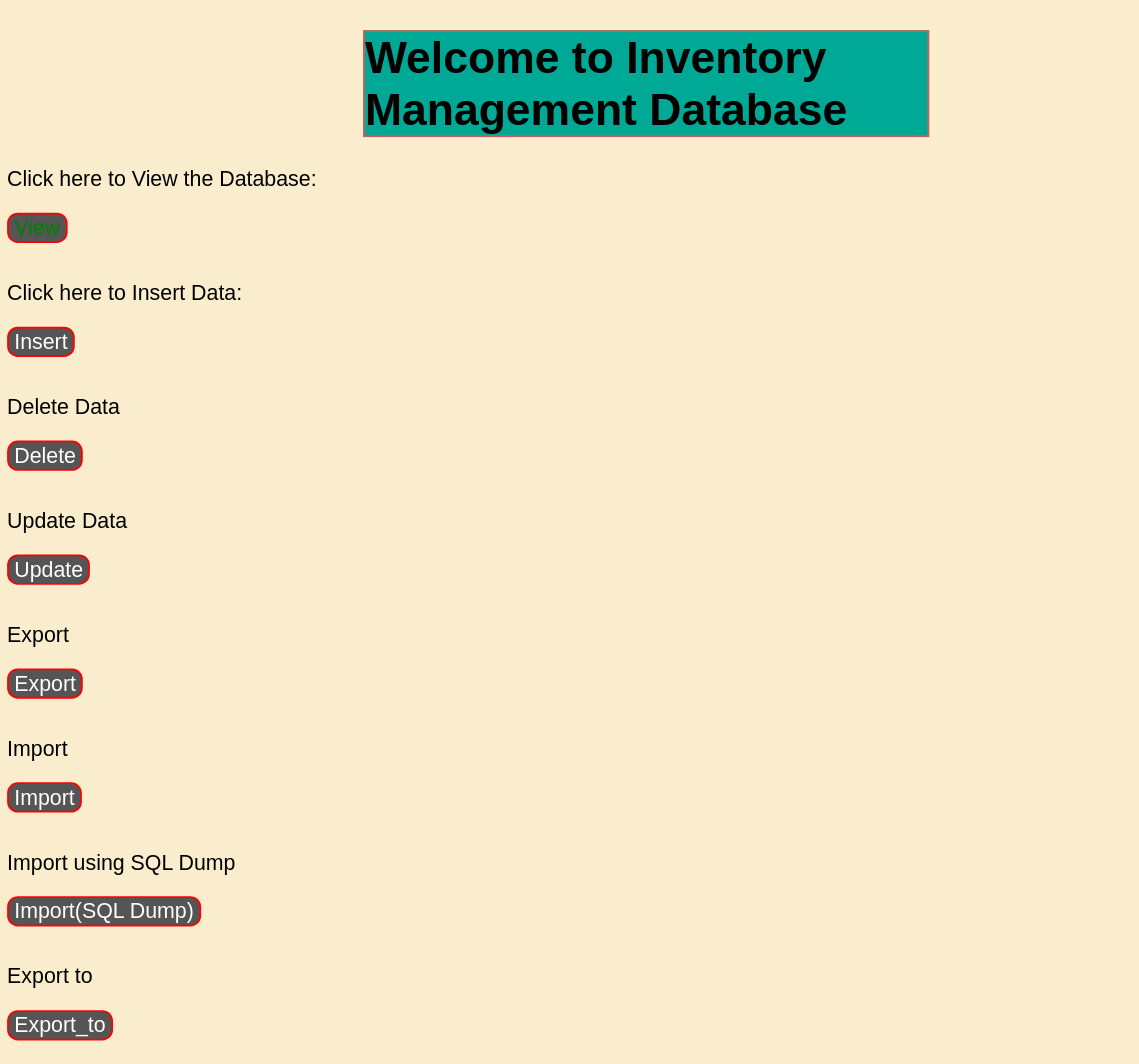
Repository: cyrusdwivedi2002/inventory-management-system
Page: DemoApp/src/main/webapp/Mainpage.html
The author's editor kept a copy of each file at every save. The page is drawn from the files as they stood at one save, then again after the next save.
The browser window is 1280 px wide. The pictures show the whole page, at 89% of full size.
The pointer rests on the first visible `button`.
Some web fonts or font styles are not loaded; a fallback is used.

Above is the page before, as saved 2022-06-24 18:40:31.

### DemoApp/src/main/webapp/Mainpage.html
<!DOCTYPE html>
<html>
<head>
<meta charset="ISO-8859-1">

<link rel="preconnect" href="https://fonts.googleapis.com">
<link rel="preconnect" href="https://fonts.gstatic.com" crossorigin>
<link href="https://fonts.googleapis.com/css2?family=Anek+Latin:wght@500&family=Smooch&display=swap" rel="stylesheet">

<style>
body {
background-color: #faedcd;
font-family: 'Anek Latin', sans-serif;
}
h1{
color: black;
background-color:#00a896;
width: 50%;
margin-left:8em;
border: 2px solid indianred;
font-size:50px;
}
p{
font-size:x-large;
}
button{
background-color: #555555;
color:white;
font-size: 24px;
border-radius: 12px;
border:2px solid red;
}
button:hover{
cursor:pointer;
color:green;
}
</style>
<title>Inventory management System</title>
</head>
<body>
	<h1>Welcome to Inventory Management Database</h1>
	<p> Click here to View the Database: </p>
	<button type="button" form="form1"   onclick="window.location.href = 'view.html';">View</button>
	<br/><br/>
	<p> Click here to Insert Data: </p>
	<button type="button" form="form1"   onclick="window.location.href = 'insert.html';">Insert</button>
	<br/><br/>
	<p> Delete Data </p>
	<button type="button" form="form1"   onclick="window.location.href = 'delete.html';">Delete</button>
	<br/><br/>
	<p> Update Data </p>
	<button type="button" form="form1"   onclick="window.location.href = 'update.html';">Update</button>
	<br/><br/>
	<p> Export </p>
	<button type="button" form="form1"   onclick="window.location.href = 'export.html';">Export</button>
	<br/><br/>
	<p> Import </p>
	<button type="button" form="form1"   onclick="window.location.href = 'import.html';">Import</button>
	<br/><br/>
	<p> Import using SQL Dump</p>
	<button type="button" form="form1"   onclick="window.location.href = 'importdump.html';">Import(SQL Dump)</button>
	<br/><br/>
	<p> Export to</p>
	<button type="button" form="form1"   onclick="window.location.href = 'export.html';">Export_to</button>
	<br/><br/>

	</body>
</html>

After the next save:
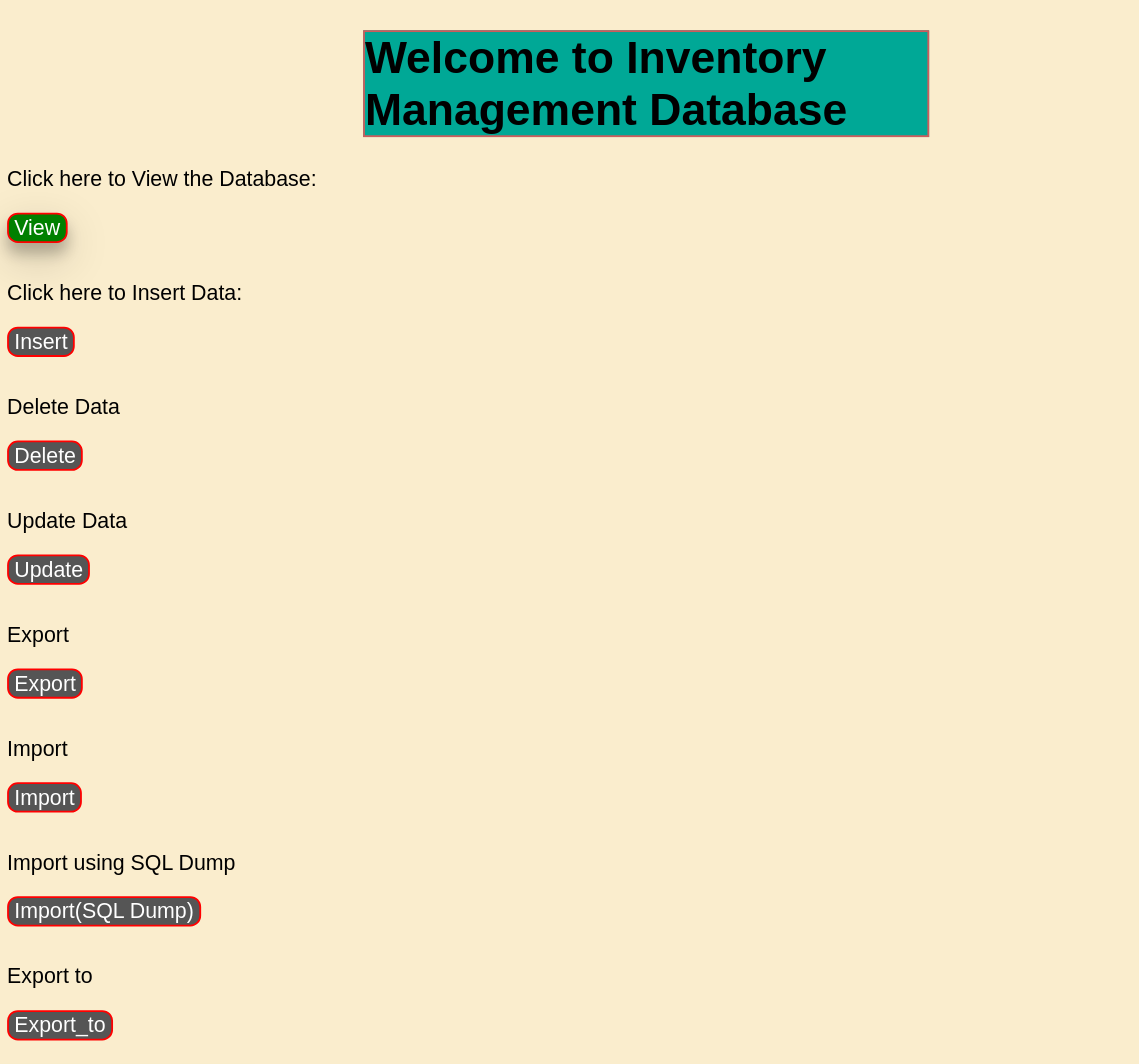
Saved 58 s later.
--- a/DemoApp/src/main/webapp/Mainpage.html
+++ b/DemoApp/src/main/webapp/Mainpage.html
@@ -32,7 +32,8 @@ border:2px solid red;
 }
 button:hover{
 cursor:pointer;
-color:green;
+background-color:green;
+box-shadow: 0 12px 16px 0 rgba(0,0,0,0.24), 0 17px 50px 0 rgba(0,0,0,0.19);
 }
 </style>
 <title>Inventory management System</title>
